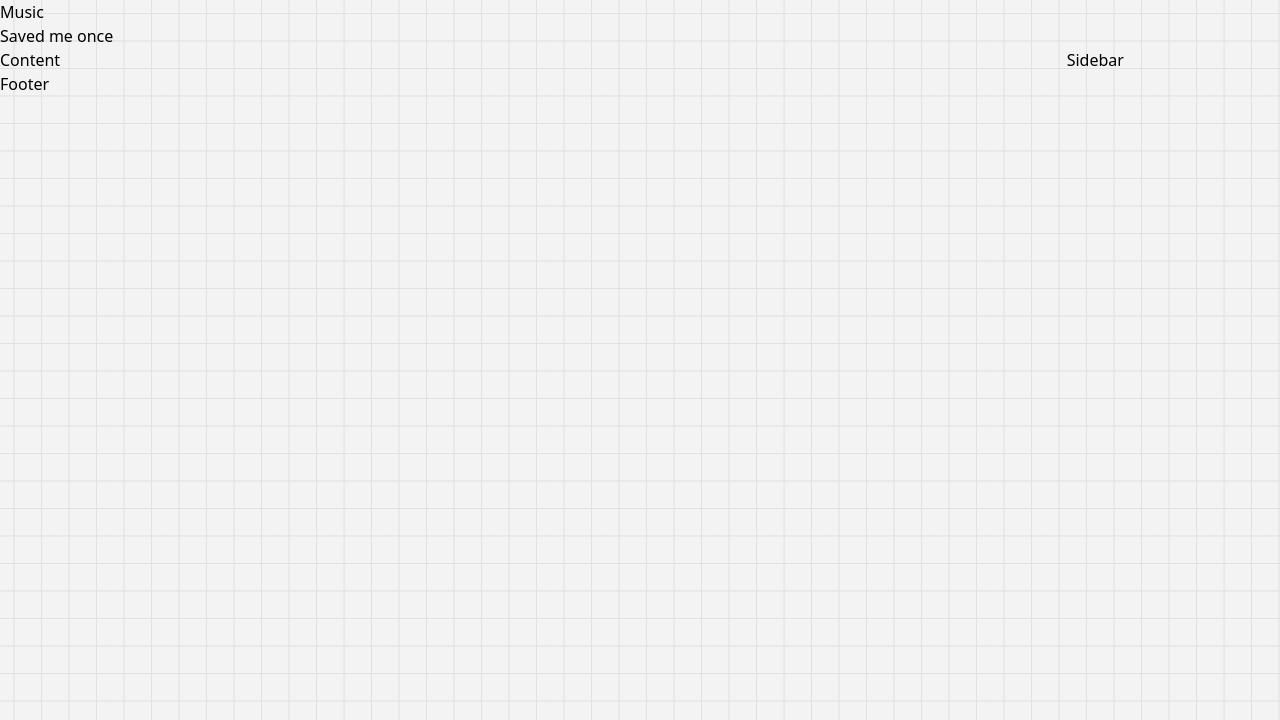
Repository: ItsMe-Pal/something
Page: index.html
These files come from the project's save history. The page is drawn as it stood at one moment and after a run of saves; the edit follows.
The browser window is 1280 px wide. The pictures show the whole page.
The style sheet was rebuilt from its Sass, Less or Tailwind sources for each picture, by a compiler version that may differ from the author's.

Above is the page before, as saved 2025-06-22 18:27:21.

### index.html
<!DOCTYPE html>
<html lang="en">
<head>
    <meta charset="UTF-8">
    <meta name="viewport" content="width=device-width, initial-scale=1.0">
    <title></title>

    <link rel="stylesheet" href="/manifest.json">

    <script src="https://cdn.jsdelivr.net/npm/@tailwindcss/browser@4"></script>
    <script src="https://code.jquery.com/jquery-3.7.1.js" integrity="sha256-eKhayi8LEQwp4NKxN+CfCh+3qOVUtJn3QNZ0TciWLP4=" crossorigin="anonymous"></script>

    <link rel="stylesheet" href="/styles/main.css">
</head>
<body>
    <div id="bg">

    <div class="flex gap-[2%] flex-wrap content-start">
        <div class="w-full h-[5%]">
           <div >
                <h1>
                    Music
                </h1>
                <h3>
                    Saved me once
                </h3>
           </div>
        </div>
        <div class="grow h-3/4">Content</div>
        <div class="w-1/6 h-3/4">Sidebar</div>
        <div class="w-full h-[5%]">Footer</div>
      </div>

    </div>
    <script src="/src/main.js"></script>
</body>
</html>

### styles/main.scss
@use "./customs.scss";


#bg {
    width: 100%;
    height: 100vh;
    --color: #E1E1E1;
    background-color: #F3F3F3;
    background-image: linear-gradient(0deg, transparent 24%, var(--color) 25%, var(--color) 26%, transparent 27%,transparent 74%, var(--color) 75%, var(--color) 76%, transparent 77%,transparent),
        linear-gradient(90deg, transparent 24%, var(--color) 25%, var(--color) 26%, transparent 27%,transparent 74%, var(--color) 75%, var(--color) 76%, transparent 77%,transparent);
    background-size: 55px 55px;
  }

Loaded but not shown: manifest.json (58 lines, source omitted); src/main.js (6 lines, source omitted); styles/customs.scss (846 lines, source omitted)

After the next 4 saves:
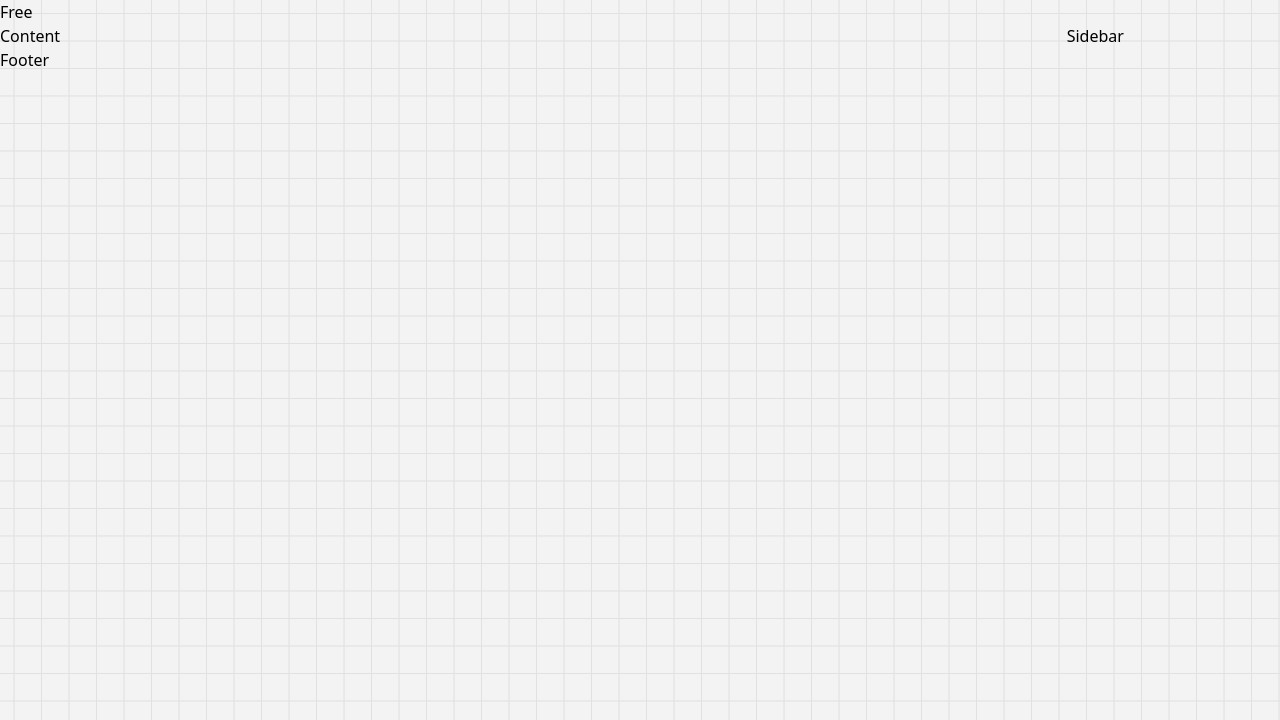
The 4 saves are shown as one change because they came seconds apart.
The last was saved 117 s later.
--- a/index.html
+++ b/index.html
@@ -17,14 +17,9 @@
 
     <div class="flex gap-[2%] flex-wrap content-start">
         <div class="w-full h-[5%]">
-           <div >
-                <h1>
-                    Music
-                </h1>
-                <h3>
-                    Saved me once
-                </h3>
-           </div>
+
+                <span class="price">Free</span>
+
         </div>
         <div class="grow h-3/4">Content</div>
         <div class="w-1/6 h-3/4">Sidebar</div>
